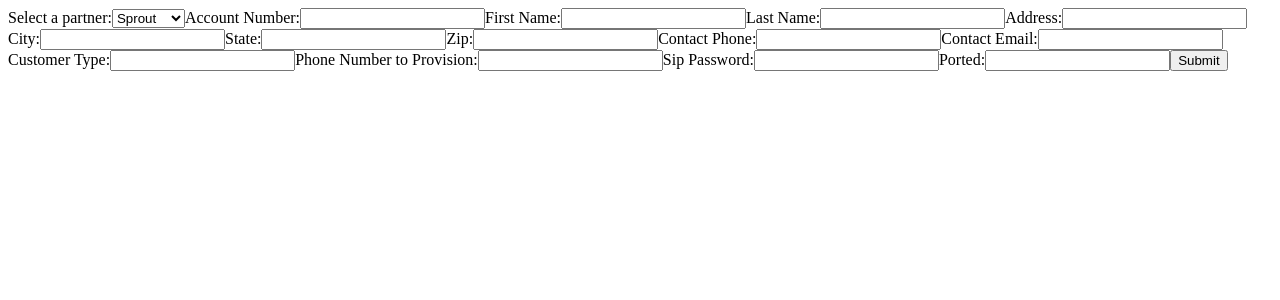
Repository: smallchungus/logiccom
Page: /
These files come from the project's save history. The page is drawn as it stood at one moment and after the next save; the edit follows.
The browser window is 1280 px wide. The pictures show the whole page.
The project was rebuilt for these pictures with package versions that can differ from the ones it lists, and the page was loaded fresh each time. Also part of the build but not shown: vite.config.ts.

Above is the page before, as saved 2023-05-04 10:43:51.

After the next save:
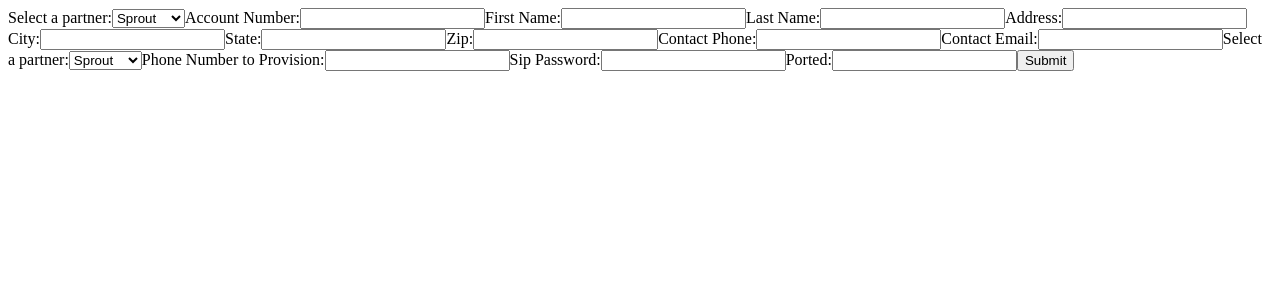
Saved 73 s later.
--- a/src/App.vue
+++ b/src/App.vue
@@ -35,8 +35,11 @@
     <label for="contactEmail">Contact Email:</label>
     <input type="text" id="contactEmail" name="contactEmail">
 
-    <label for="customerType">Customer Type:</label>
-    <input type="text" id="customerType" name="customerType">
+    <label for="partner">Select a partner:</label>
+    <select id="partner" name="partner">
+      <option value="Sprout">Sprout</option>
+      <option value="option2">Option 2</option>
+    </select>
 
     <label for="phoneToProv">Phone Number to Provision:</label>
     <input type="text" id="phoneToProv" name="phoneToProv">
